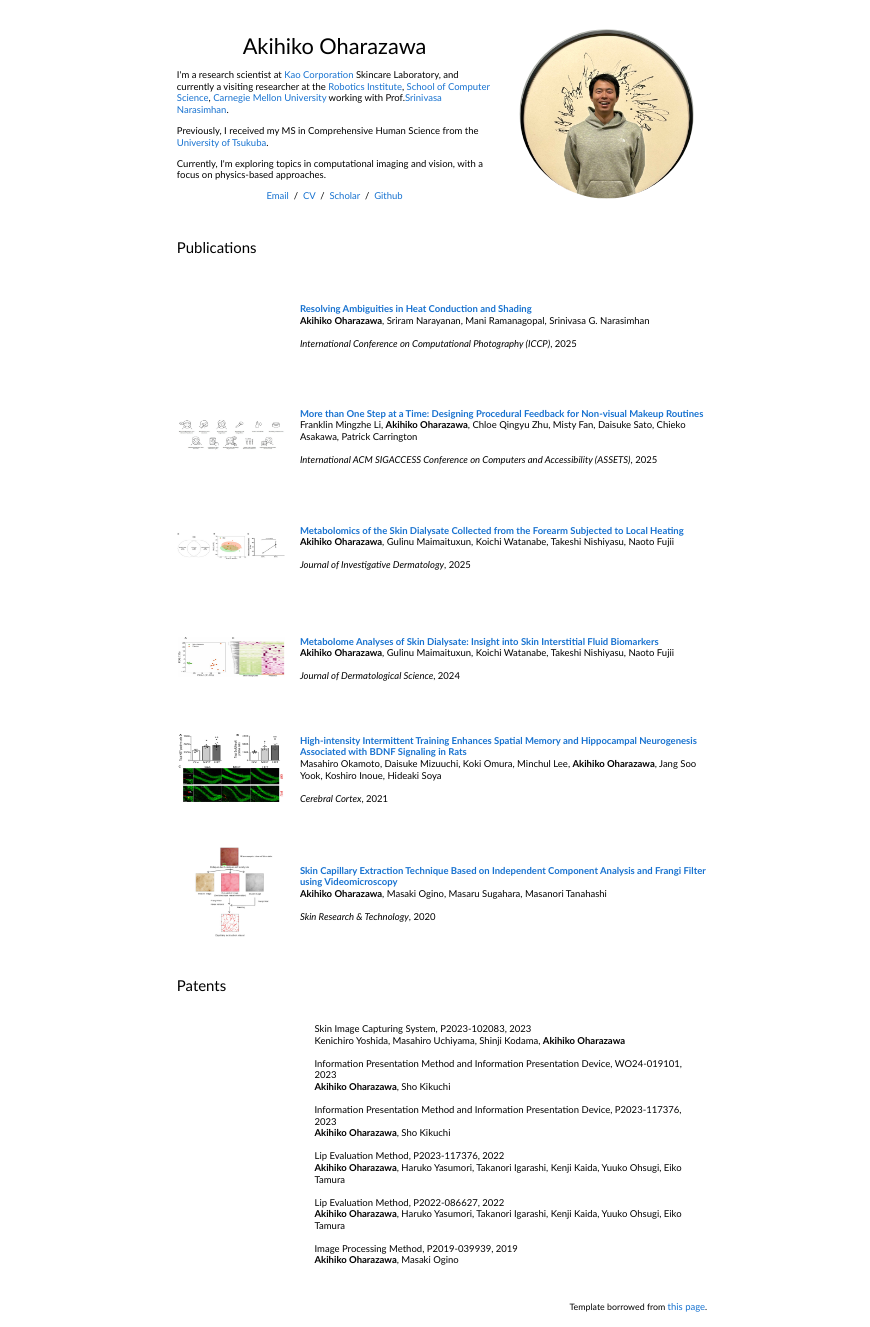
Repository: akihikooharazawa/akihikooharazawa.github.io
Page: index.html
An editor plug-in stored every save of this project. The page is shown before and after a run of saves, followed by the edit.
The browser window is 1280 px wide. The pictures show the whole page, at 68% of full size.
Pictures or frames that could not be fetched are drawn as grey boxes.

Above is the page before, as saved 2025-07-25 12:25:18.

### index.html
<!DOCTYPE HTML>
<html lang="en">
  <head>
  <!-- Google tag (gtag.js) -->
  <script async src="https://www.googletagmanager.com/gtag/js?id=G-S3VWLBF1BC"></script>
  <script>
    window.dataLayer = window.dataLayer || [];
    function gtag(){dataLayer.push(arguments);}
    gtag('js', new Date());

    gtag('config', 'G-S3VWLBF1BC');
  </script>
    <meta http-equiv="Content-Type" content="text/html; charset=UTF-8">

    <title>Akihiko Oharazawa</title>

    <meta name="author" content="Akihiko Oharazawa">
    <meta name="viewport" content="width=device-width, initial-scale=1">
    <link rel="shortcut icon" href="images/favicon/favicon.ico" type="image/x-icon">
    <link rel="stylesheet" type="text/css" href="stylesheet.css">

  </head>

  <body>
    <table style="width:100%;max-width:800px;border:0px;border-spacing:0px;border-collapse:separate;margin-right:auto;margin-left:auto;"><tbody>
      <tr style="padding:0px">
        <td style="padding:0px">
          <table style="width:100%;border:0px;border-spacing:0px;border-collapse:separate;margin-right:auto;margin-left:auto;"><tbody>
            <tr style="padding:0px">
              <td style="padding:2.5%;width:63%;vertical-align:middle">
                <p class="name" style="text-align: center;">
                  Akihiko Oharazawa
                </p>
                <p>I'm a research scientist at <a href="https://www.kao.com/global/en/">Kao Corporation</a> Skincare Laboratory,
                  and currently a visiting researcher at the <a href="https://www.ri.cmu.edu/">Robotics Institute</a>,
                  <a href="https://www.cs.cmu.edu/">School of Computer Science</a>,
                  <a href="https://www.cmu.edu/">Carnegie Mellon University</a> working with Prof.<a href="https://www.cs.cmu.edu/~srinivas/">Srinivasa Narasimhan</a>.
                </p>
                <p>
                  Previously, I received my MS in Comprehensive Human Science from the <a href="https://www.tsukuba.ac.jp/en/">University of Tsukuba</a>.
                </p>
                <p>
                  Currently, I'm exploring topics in computational imaging and vision, with a focus on physics-based approaches.
                </p>
                <p style="text-align:center">
                  <a href="mailto:a.oharazawa@gmail.com">Email</a> &nbsp;/&nbsp;
                  <a href="data/AkiOharazawa-CV.pdf">CV</a> &nbsp;/&nbsp;
                  <a href="https://scholar.google.com/citations?user=NGsKuDgAAAAJ&hl=en">Scholar</a> &nbsp;/&nbsp;
                  <a href="https://github.com/akihikooharazawa">Github</a>
                </p>
              </td>
              <td style="padding:2.5%;width:40%;max-width:40%">
                <a href="static/images/AkiOharazawa.jpg"><img style="width:100%;max-width:100%;object-fit: cover; border-radius: 50%;" alt="profile photo" src="static/images/AkiOharazawa.jpg" class="hoverZoomLink"></a>
              </td>
            </tr>
          </tbody></table>
          <table style="width:100%;border:0px;border-spacing:0px;border-collapse:separate;margin-right:auto;margin-left:auto;"><tbody>
              <tr>
              <td style="padding:20px;width:100%;vertical-align:middle">
                <h2>Publications</h2>
              </td>
            </tr>
          </tbody></table>
          <table style="width:100%;border:0px;border-spacing:0px;border-collapse:separate;margin-right:auto;margin-left:auto;"><tbody>

            <!-- ICCP 2025 -->
            <tr>
              <td style="padding:20px;width:25%;vertical-align:middle">
                <video id="theory" width="160" height="120" autoplay muted loop playsinline style="border-style: none">
                  <source src="static/videos/ICCP2025.mp4" type="video/mp4">
                </video>
              </td>
              <td width="75%" valign="middle">
                <a href="https://imaging.cs.cmu.edu/shape-from-laplacian-and-shading/">
                  <span class="papertitle">Resolving Ambiguities in Heat Conduction and Shading</span>
                </a>
                <br>
                <strong>Akihiko Oharazawa</strong>, Sriram Narayanan, Mani Ramanagopal, Srinivasa G. Narasimhan
                <br>
                <br>
                <em>International Conference on Computational Photography (ICCP)</em>, 2025
                <br>
              </td>
            </tr>
            <!-- End ICCP 2025 -->

            <!-- ASSCET 2025 -->
            <tr>
              <td style="padding:20px;width:25%;vertical-align:middle">
                <img src="static/images/2025ASSETS.png" alt="2025ASSETS.png" width="160" height="120" style="border-style: none">
              </td>
              <td width="75%" valign="middle">
                <a href="https://arxiv.org/abs/2507.03942">
                  <span class="papertitle">More than One Step at a Time: Designing Procedural Feedback for Non-visual Makeup Routines</span>
                </a>
                <br>
                Franklin Mingzhe Li, <strong>Akihiko Oharazawa</strong>, Chloe Qingyu Zhu, Misty Fan, Daisuke Sato, Chieko Asakawa, Patrick Carrington
                <br>
                <br>
                <em>International ACM SIGACCESS Conference on Computers and Accessibility (ASSETS)</em>, 2025
                <br>
              </td>
            </tr>
            <!-- End ASSCET 2025 -->

            <!-- JID 2025 -->
            <tr>
              <td style="padding:20px;width:25%;vertical-align:middle">
                <img src="static/images/2025JID.png" alt="2025JID.png" width="160" height="120" style="border-style: none">
              </td>
              <td width="75%" valign="middle">
                <a href="https://www.jidonline.org/article/S0022-202X(25)02268-7/fulltext">
                  <span class="papertitle">Metabolomics of the Skin Dialysate Collected from the Forearm Subjected to Local Heating</span>
                </a>
                <br>
                <strong>Akihiko Oharazawa</strong>, Gulinu Maimaituxun, Koichi Watanabe, Takeshi Nishiyasu, Naoto Fujii
                <br>
                <br>
                <em>Journal of Investigative Dermatology</em>, 2025
                <br>
              </td>
            </tr>
            <!-- End JID 2025 -->

            <!-- JDS 2025 -->
            <tr>
              <td style="padding:20px;width:25%;vertical-align:middle">
                <img src="static/images/2024JDS.png" alt="2024JDS.png" width="160" height="120" style="border-style: none">
              </td>
              <td width="75%" valign="middle">
                <a href="https://www.jdsjournal.com/article/S0923-1811(24)00066-5/fulltext">
                  <span class="papertitle">Metabolome Analyses of Skin Dialysate: Insight into Skin Interstitial Fluid Biomarkers</span>
                </a>
                <br>
                <strong>Akihiko Oharazawa</strong>, Gulinu Maimaituxun, Koichi Watanabe, Takeshi Nishiyasu, Naoto Fujii
                <br>
                <br>
                <em>Journal of Dermatological Science</em>, 2024
                <br>
              </td>
            </tr>
            <!-- End JDS 2025 -->

            <!-- Cerebral Cortex 2021 -->
            <tr>
              <td style="padding:20px;width:25%;vertical-align:middle">
                <img src="static/images/2021CB.png" alt="2021CB.png" width="160" height="120" style="border-style: none">
              </td>
              <td width="75%" valign="middle">
                <a href="https://academic.oup.com/cercor/article/31/9/4386/6274998">
                  <span class="papertitle">High-intensity Intermittent Training Enhances Spatial Memory and Hippocampal Neurogenesis Associated with BDNF Signaling in Rats</span>
                </a>
                <br>
                Masahiro Okamoto, Daisuke Mizuuchi, Koki Omura, Minchul Lee, <strong>Akihiko Oharazawa</strong>, Jang Soo Yook, Koshiro Inoue, Hideaki Soya
                <br>
                <br>
                <em>Cerebral Cortex</em>, 2021
                <br>
              </td>
            </tr>
            <!-- End Cerebral Cortex 2021 -->

            <!-- Skin Research & Technology 2020 -->
            <tr>
              <td style="padding:20px;width:25%;vertical-align:middle">
                <img src="static/images/2020SRT.png" alt="2020SRT.png" width="160" height="160" style="border-style: none">
              </td>
              <td width="75%" valign="middle">
                <a href="https://onlinelibrary.wiley.com/doi/10.1111/srt.12850">
                  <span class="papertitle">Skin Capillary Extraction Technique Based on Independent Component Analysis and Frangi Filter using Videomicroscopy</span>
                </a>
                <br>
                <strong>Akihiko Oharazawa</strong>, Masaki Ogino, Masaru Sugahara, Masanori Tanahashi
                <br>
                <br>
                <em>Skin Research & Technology</em>, 2020
                <br>
              </td>
            </tr>
            <!-- End Skin Research & Technology 2020 -->
          </tbody></table>


          <table width="100%" align="center" border="0" cellspacing="0" cellpadding="20"><tbody>
            <tr>
              <td>
                <h2>Patents</h2>
              </td>
            </tr>
          </tbody></table>
          <table width="100%" align="center" border="0" cellpadding="20"><tbody>

            <tr>
              <td style="padding:20px;width:25%;vertical-align:middle">
              <td width="75%" valign="middle">
                Skin Image Capturing System, P2023-102083, 2023
                <br>
                Kenichiro Yoshida, Masahiro Uchiyama, Shinji Kodama, <strong>Akihiko Oharazawa</strong><br>
                <br>
                Information Presentation Method and Information Presentation Device, WO24-019101, 2023
                <br>
                <strong>Akihiko Oharazawa</strong>, Sho Kikuchi<br>
                <br>
                Information Presentation Method and Information Presentation Device, P2023-117376, 2023
                <br>
                <strong>Akihiko Oharazawa</strong>, Sho Kikuchi<br>
                <br>
                Lip Evaluation Method, P2023-117376, 2022
                <br>
                <strong>Akihiko Oharazawa</strong>, Haruko Yasumori, Takanori Igarashi, Kenji Kaida, Yuuko Ohsugi, Eiko Tamura<br>
                <br>
                Lip Evaluation Method, P2022-086627, 2022
                <br>
                <strong>Akihiko Oharazawa</strong>, Haruko Yasumori, Takanori Igarashi, Kenji Kaida, Yuuko Ohsugi, Eiko Tamura<br>
                <br>
                Image Processing Method, P2019-039939, 2019
                <br>
                <strong>Akihiko Oharazawa</strong>, Masaki Ogino<br>
              </td>
            </tr>

          </tbody></table>
          <table style="width:100%;border:0px;border-spacing:0px;border-collapse:separate;margin-right:auto;margin-left:auto;"><tbody>
            <tr>
              <td style="padding:0px">
                <br>
                <p style="text-align:right;font-size:small;">
                  Template borrowed from <a href="https://github.com/jonbarron/website">this page</a>.
                </p>
              </td>
            </tr>
          </tbody></table>
        </td>
      </tr>
    </table>
  </body>
</html>

### stylesheet.css
/* latin-ext */
@font-face {
  font-family: 'Lato';
  font-style: italic;
  font-weight: 400;
  src: local('Lato Italic'), local('Lato-Italic'), url(https://fonts.gstatic.com/s/lato/v15/S6u8w4BMUTPHjxsAUi-qNiXg7eU0.woff2) format('woff2');
  unicode-range: U+0100-024F, U+0259, U+1E00-1EFF, U+2020, U+20A0-20AB, U+20AD-20CF, U+2113, U+2C60-2C7F, U+A720-A7FF;
}
/* latin */
@font-face {
  font-family: 'Lato';
  font-style: italic;
  font-weight: 400;
  src: local('Lato Italic'), local('Lato-Italic'), url(https://fonts.gstatic.com/s/lato/v15/S6u8w4BMUTPHjxsAXC-qNiXg7Q.woff2) format('woff2');
  unicode-range: U+0000-00FF, U+0131, U+0152-0153, U+02BB-02BC, U+02C6, U+02DA, U+02DC, U+2000-206F, U+2074, U+20AC, U+2122, U+2191, U+2193, U+2212, U+2215, U+FEFF, U+FFFD;
}
/* latin-ext */
@font-face {
  font-family: 'Lato';
  font-style: italic;
  font-weight: 700;
  src: local('Lato Bold Italic'), local('Lato-BoldItalic'), url(https://fonts.gstatic.com/s/lato/v15/S6u_w4BMUTPHjxsI5wq_FQftx9897sxZ.woff2) format('woff2');
  unicode-range: U+0100-024F, U+0259, U+1E00-1EFF, U+2020, U+20A0-20AB, U+20AD-20CF, U+2113, U+2C60-2C7F, U+A720-A7FF;
}
/* latin */
@font-face {
  font-family: 'Lato';
  font-style: italic;
  font-weight: 700;
  src: local('Lato Bold Italic'), local('Lato-BoldItalic'), url(https://fonts.gstatic.com/s/lato/v15/S6u_w4BMUTPHjxsI5wq_Gwftx9897g.woff2) format('woff2');
  unicode-range: U+0000-00FF, U+0131, U+0152-0153, U+02BB-02BC, U+02C6, U+02DA, U+02DC, U+2000-206F, U+2074, U+20AC, U+2122, U+2191, U+2193, U+2212, U+2215, U+FEFF, U+FFFD;
}
/* latin-ext */
@font-face {
  font-family: 'Lato';
  font-style: normal;
  font-weight: 400;
  src: local('Lato Regular'), local('Lato-Regular'), url(https://fonts.gstatic.com/s/lato/v15/S6uyw4BMUTPHjxAwXiWtFCfQ7A.woff2) format('woff2');
  unicode-range: U+0100-024F, U+0259, U+1E00-1EFF, U+2020, U+20A0-20AB, U+20AD-20CF, U+2113, U+2C60-2C7F, U+A720-A7FF;
}
/* latin */
@font-face {
  font-family: 'Lato';
  font-style: normal;
  font-weight: 400;
  src: local('Lato Regular'), local('Lato-Regular'), url(https://fonts.gstatic.com/s/lato/v15/S6uyw4BMUTPHjx4wXiWtFCc.woff2) format('woff2');
  unicode-range: U+0000-00FF, U+0131, U+0152-0153, U+02BB-02BC, U+02C6, U+02DA, U+02DC, U+2000-206F, U+2074, U+20AC, U+2122, U+2191, U+2193, U+2212, U+2215, U+FEFF, U+FFFD;
}
/* latin-ext */
@font-face {
  font-family: 'Lato';
  font-style: normal;
  font-weight: 700;
  src: local('Lato Bold'), local('Lato-Bold'), url(https://fonts.gstatic.com/s/lato/v15/S6u9w4BMUTPHh6UVSwaPGQ3q5d0N7w.woff2) format('woff2');
  unicode-range: U+0100-024F, U+0259, U+1E00-1EFF, U+2020, U+20A0-20AB, U+20AD-20CF, U+2113, U+2C60-2C7F, U+A720-A7FF;
}
/* latin */
@font-face {
  font-family: 'Lato';
  font-style: normal;
  font-weight: 700;
  src: local('Lato Bold'), local('Lato-Bold'), url(https://fonts.gstatic.com/s/lato/v15/S6u9w4BMUTPHh6UVSwiPGQ3q5d0.woff2) format('woff2');
  unicode-range: U+0000-00FF, U+0131, U+0152-0153, U+02BB-02BC, U+02C6, U+02DA, U+02DC, U+2000-206F, U+2074, U+20AC, U+2122, U+2191, U+2193, U+2212, U+2215, U+FEFF, U+FFFD;
}

a {
  color: #1772d0;
  text-decoration: none;
}

a:focus,
a:hover {
  color: #f09228;
  text-decoration: none;
}

body,
td,
th,
tr,
p,
a {
  font-family: 'Lato', Verdana, Helvetica, sans-serif;
  font-size: 14px;
}

strong {
  font-family: 'Lato', Verdana, Helvetica, sans-serif;
  font-size: 14px;
}

h2 {
  margin: 0;
  font-weight: normal;
  font-family: 'Lato', Verdana, Helvetica, sans-serif;
  font-size: 22px;
}

.papertitle {
  font-family: 'Lato', Verdana, Helvetica, sans-serif;
  font-size: 14px;
  font-weight: 700;
}

.name {
  padding-top: 20px;
  margin: 0;
  font-family: 'Lato', Verdana, Helvetica, sans-serif;
  font-size: 32px;
}

.one {
  width: 160px;
  height: 160px;
  position: relative;
}

.two {
  width: 160px;
  height: 160px;
  position: absolute;
  transition: opacity .2s ease-in-out;
  -moz-transition: opacity .2s ease-in-out;
  -webkit-transition: opacity .2s ease-in-out;
}

.fade {
  transition: opacity .2s ease-in-out;
  -moz-transition: opacity .2s ease-in-out;
  -webkit-transition: opacity .2s ease-in-out;
}

span.highlight {
  background-color: #ffffd0;
}

After the next 2 saves:
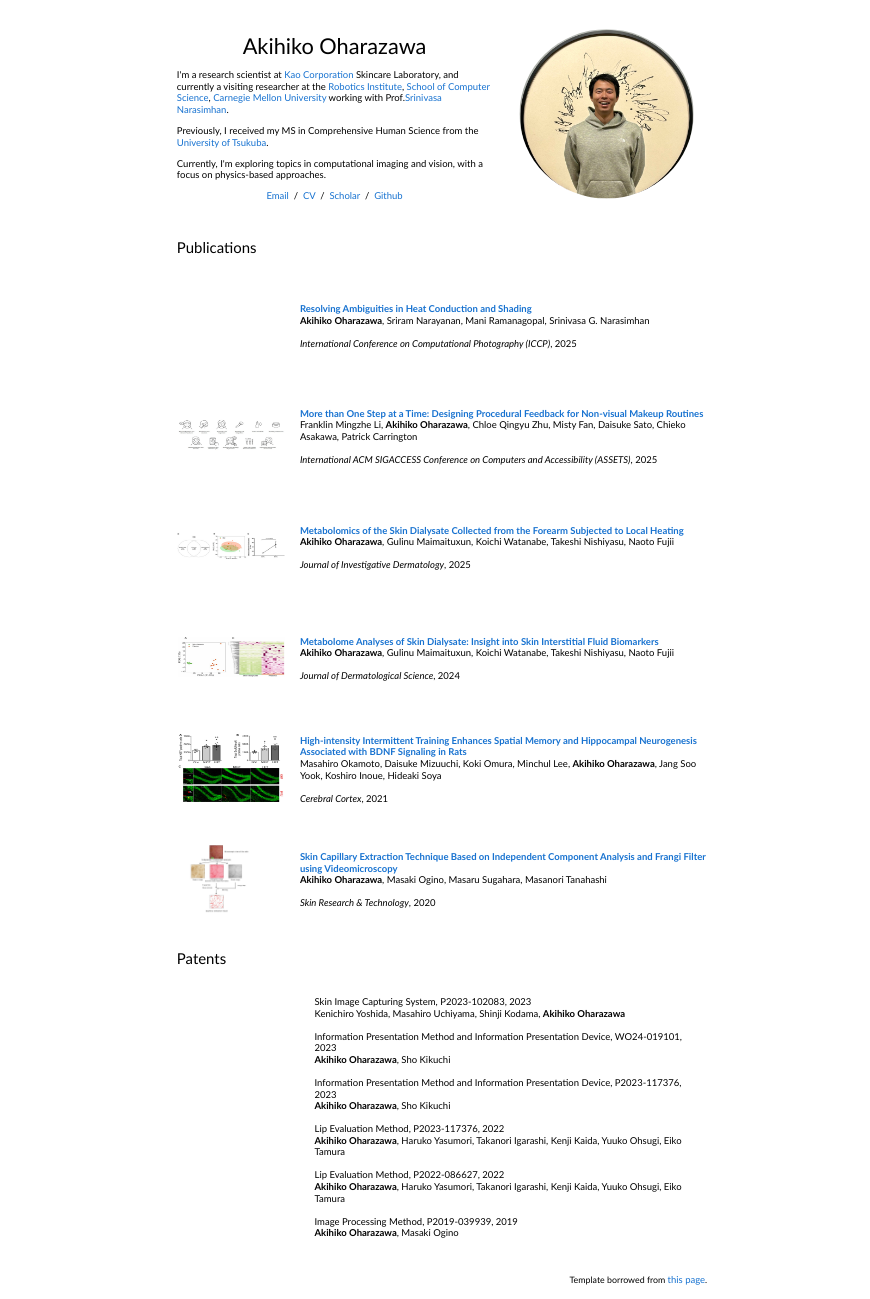
The 2 saves are shown as one change because they came seconds apart.
The last was saved 19 s later.
--- a/index.html
+++ b/index.html
@@ -163,7 +163,7 @@
             <!-- Skin Research & Technology 2020 -->
             <tr>
               <td style="padding:20px;width:25%;vertical-align:middle">
-                <img src="static/images/2020SRT.png" alt="2020SRT.png" width="160" height="160" style="border-style: none">
+                <img src="static/images/2020SRT.png" alt="2020SRT.png" width="120" height="120" style="border-style: none">
               </td>
               <td width="75%" valign="middle">
                 <a href="https://onlinelibrary.wiley.com/doi/10.1111/srt.12850">

After the save that followed:
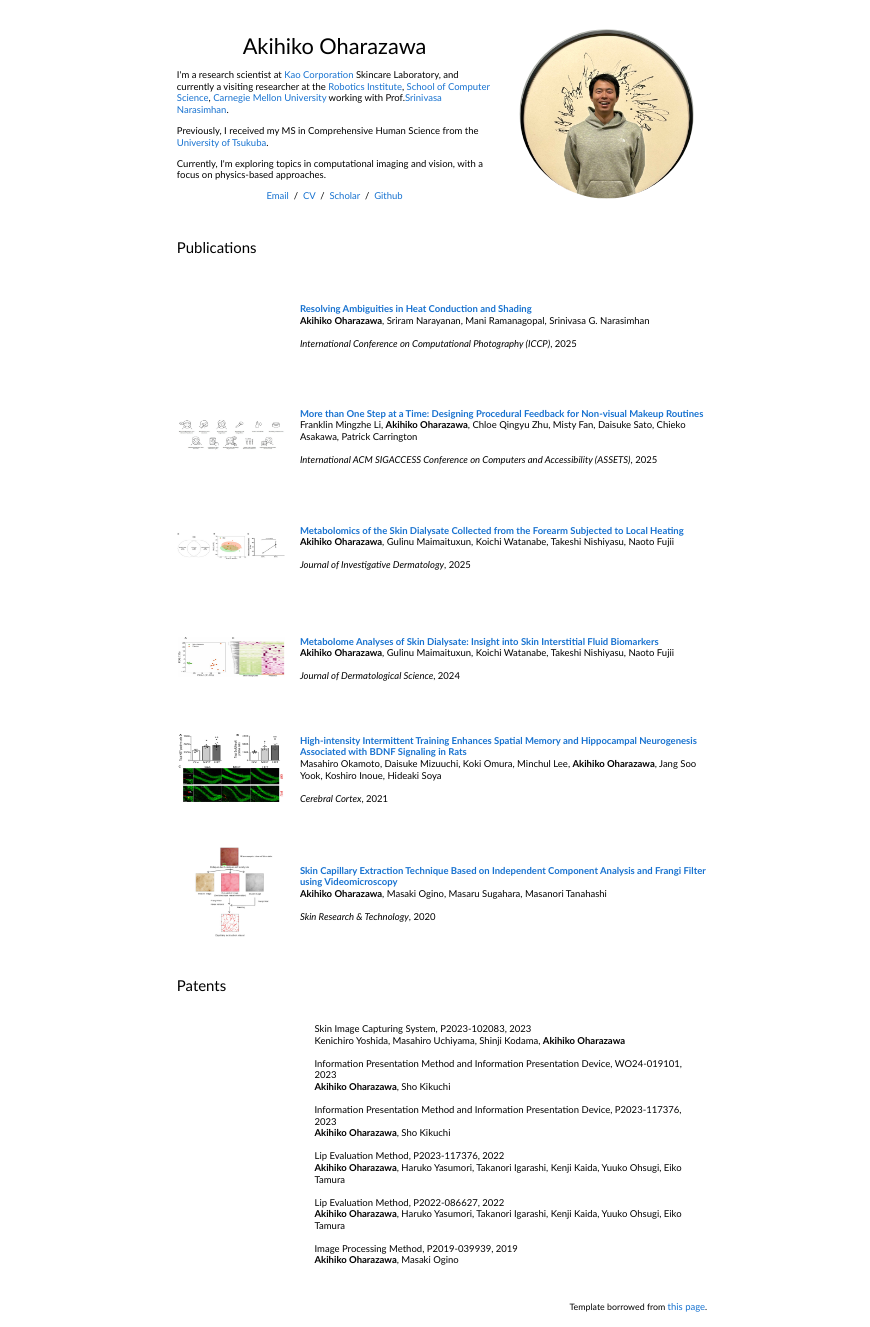
Saved 16 s later.
--- a/index.html
+++ b/index.html
@@ -163,7 +163,7 @@
             <!-- Skin Research & Technology 2020 -->
             <tr>
               <td style="padding:20px;width:25%;vertical-align:middle">
-                <img src="static/images/2020SRT.png" alt="2020SRT.png" width="120" height="120" style="border-style: none">
+                <img src="static/images/2020SRT.png" alt="2020SRT.png" width="160" height="160" style="border-style: none">
               </td>
               <td width="75%" valign="middle">
                 <a href="https://onlinelibrary.wiley.com/doi/10.1111/srt.12850">
